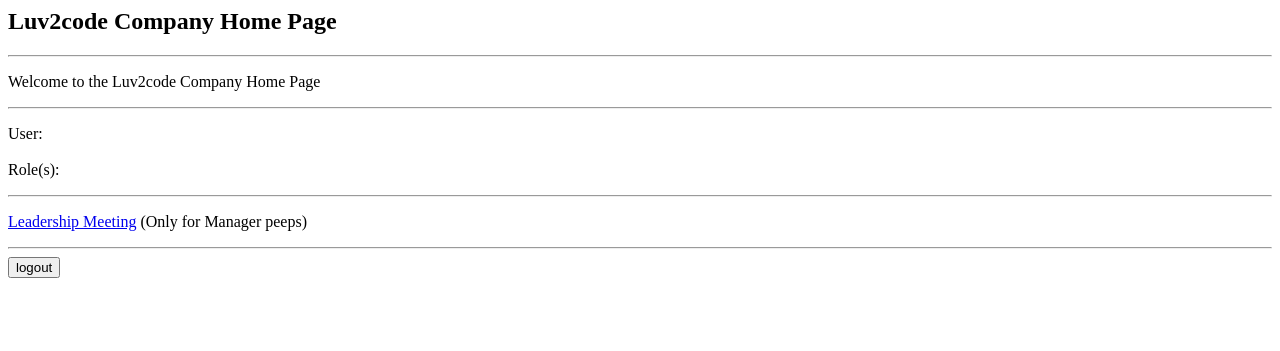
Repository: narasimhamaiya/SpringMVC
Page: http://localhost/spring-security-demo-O7-user-roles/WEB-INF/view/home.jsp
The author's editor kept a copy of each file at every save. The page is drawn from the files as they stood at one save, then again after the next save.
The browser window is 1280 px wide. The pictures show the whole page.
The page is served by Tomcat 9. Nobody is signed in. Other server files are loaded and not shown. The template is opened directly, without the code that normally fills it, so the values that code supplies are empty.

Above is the page before, as saved 2021-06-21 04:02:45.

### spring-security-demo-O7-user-roles/src/main/webapp/WEB-INF/view/home.jsp
<%@ taglib prefix="form" uri="http://www.springframework.org/tags/form" %>
<%@ taglib prefix="security" uri="http://www.springframework.org/security/tags" %>
<html>

<head>
	<title>Luv2code Company Home Page</title>
</head>

<body>

	<h2>Luv2code Company Home Page</h2>

	<hr>
	<p>
	Welcome to the Luv2code Company Home Page
	</p>

	<hr>

	<!-- display user name and role -->

	<p>
		User: <security:authentication property="principal.username"/>
		<br><br>
		Role(s): <security:authentication property="principal.authorities"/>
	</p>

	<hr>

	<!-- add a link to point to /leaders.. this is for managers -->
	<p>
		<a href="${pageContext.request.contextPath}/leaders">Leadership Meeting</a>
		(Only for Manager peeps)
	</p>
	<hr>
	<!-- Add a Logout button -->
	<form:form action="${pageContext.request.contextPath}/logout" method="POST" >

	<input type="submit" value="logout" />

	</form:form>



</body>


</html>

After the next save:
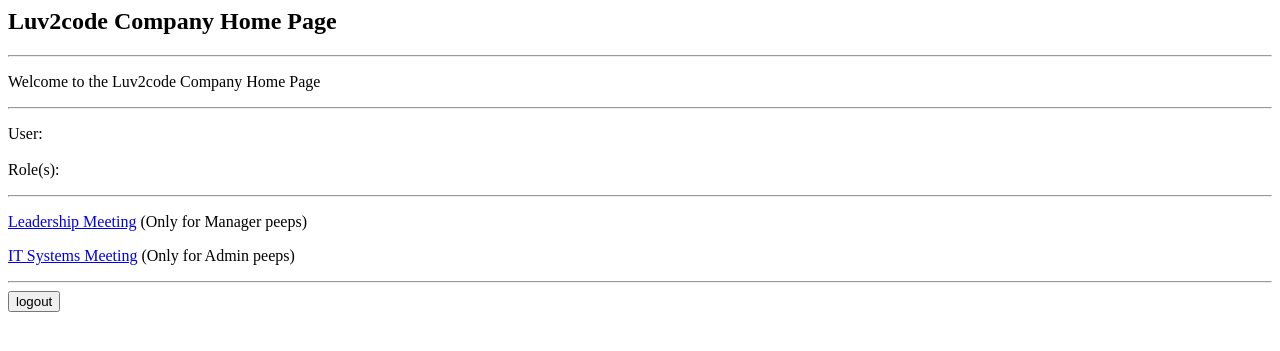
Saved 3 min 47 s later.
--- a/spring-security-demo-O7-user-roles/src/main/webapp/WEB-INF/view/home.jsp
+++ b/spring-security-demo-O7-user-roles/src/main/webapp/WEB-INF/view/home.jsp
@@ -32,7 +32,14 @@
 		<a href="${pageContext.request.contextPath}/leaders">Leadership Meeting</a>
 		(Only for Manager peeps)
 	</p>
+	<!-- Add a link to point the /systems ... this is for Admin -->
+	<p>
+		<a href="${pageContext.request.contextPath}/systems">IT Systems Meeting</a>
+		(Only for Admin peeps)
+	</p>
+
 	<hr>
+
 	<!-- Add a Logout button -->
 	<form:form action="${pageContext.request.contextPath}/logout" method="POST" >
 
